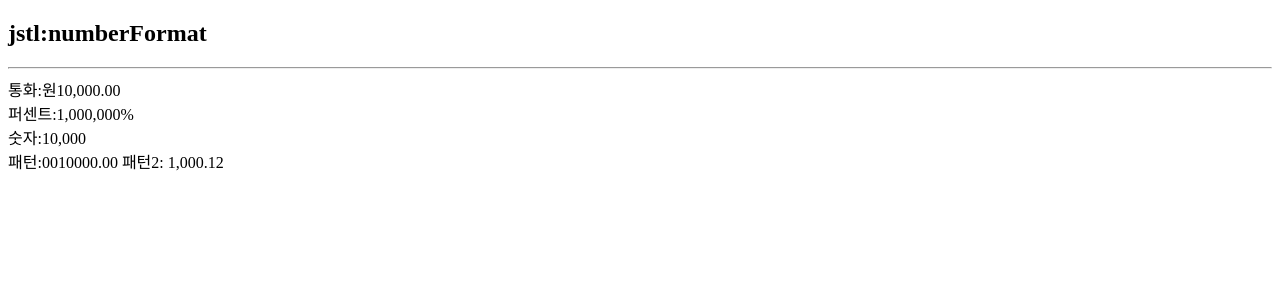
Repository: dongseon-git/WEB_JSP
Page: http://localhost/studyhtml5/jsp/j07/j02_fmt_format.jsp
These files come from the project's save history. The page is drawn as it stood at one moment and after the next save; the edit follows.
The browser window is 1280 px wide. The pictures show the whole page.
The page is served by Tomcat 9. Nobody is signed in. The application's start-up code is not run.

Above is the page before, as saved 2022-05-24 02:19:18.

After the next save:
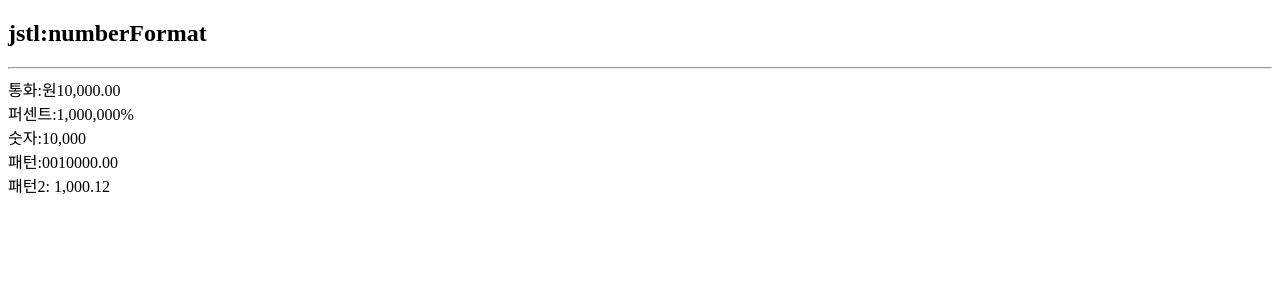
Saved 64 s later.
--- a/workspace/studyhtml5/WebContent/jsp/j07/j02_fmt_format.jsp
+++ b/workspace/studyhtml5/WebContent/jsp/j07/j02_fmt_format.jsp
@@ -16,7 +16,7 @@
  통화:<fmt:formatNumber value="${price }" type="currency" currencySymbol="원" /><br/>
  퍼센트:<fmt:formatNumber value="${price }" type="percent" groupingUsed="true" /><br/>
  숫자:${numberType }<br/>
- 패턴:<fmt:formatNumber value="${price }" pattern="0000000.00"/>
+ 패턴:<fmt:formatNumber value="${price }" pattern="0000000.00"/><br/>
  패턴2:<fmt:formatNumber value="1000.12" pattern="0,000.00" var="num"/>
  ${num }
 
